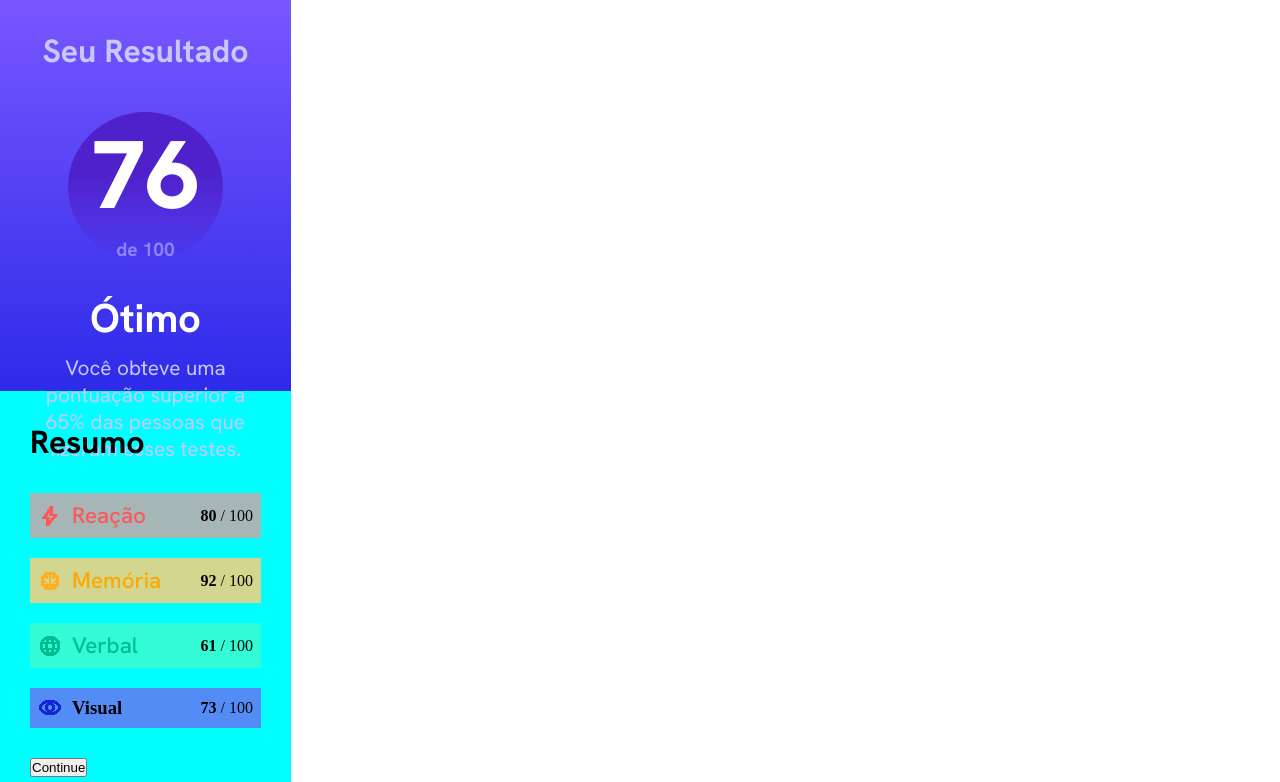
Repository: caique2512/resumo-de-resultados
Page: index.html
The author's editor kept a copy of each file at every save. The page is drawn from the files as they stood at one save, then again after a run of saves.
The browser window is 1280 px wide. The pictures show the whole page.

Above is the page before, as saved 2026-03-13 17:19:59.

After the next 3 saves:
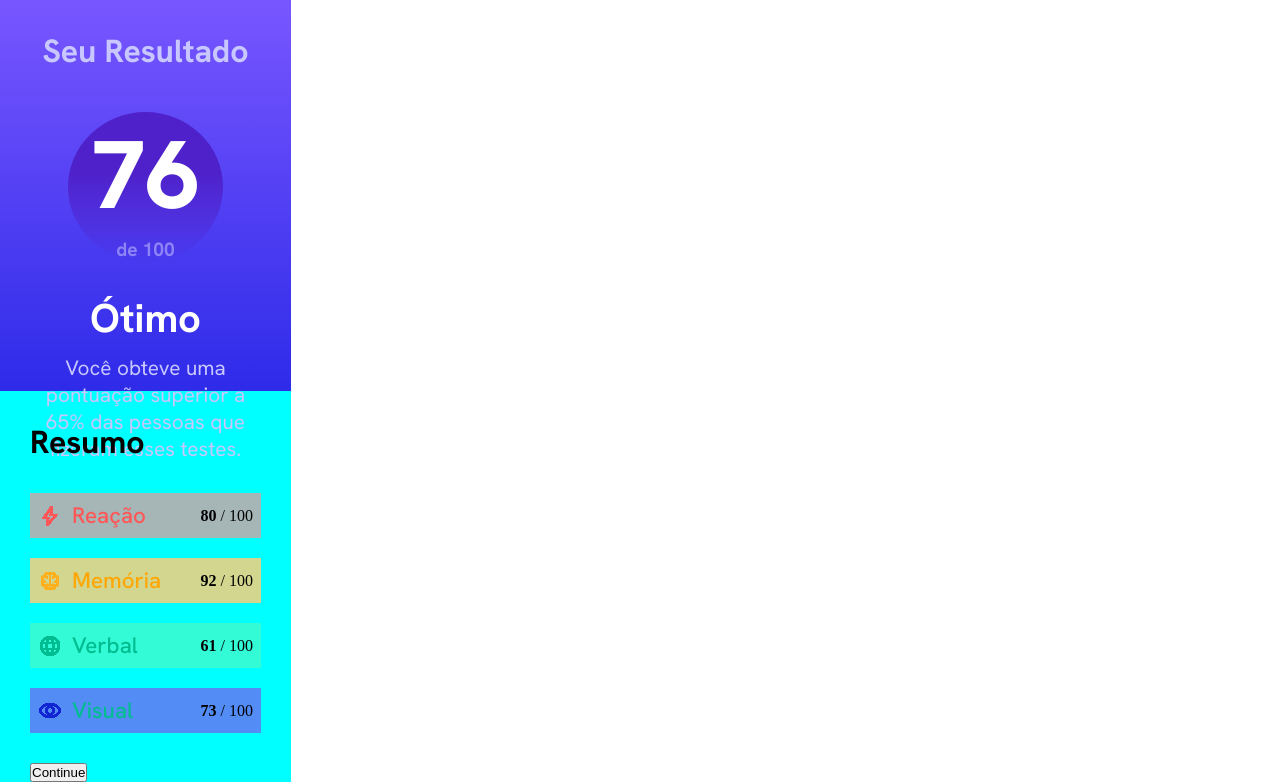
The 3 saves are shown as one change because they came seconds apart.
The last was saved 11 s later.
--- a/src/css/estilos.css
+++ b/src/css/estilos.css
@@ -143,6 +143,12 @@
     padding: 8px;
 }
 
+.resultado .resumo4 h3 {
+    color: #00bd91;
+    font-family: "Hanken Grotesk";
+    font-size: 1.4rem;
+    font-weight: 500;
+}
 
 .resultado .classes .resumo4 div {
     display: flex;
